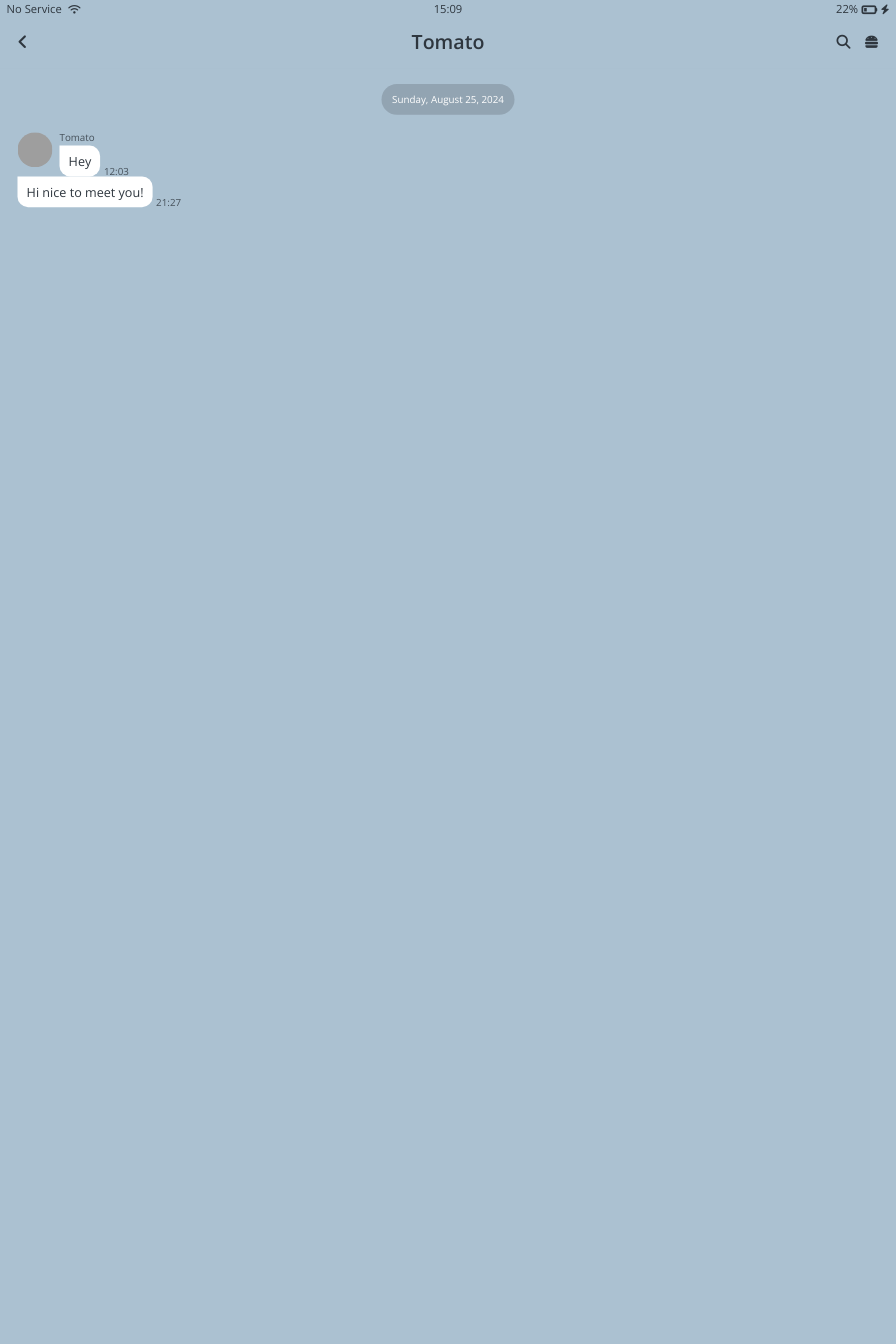
Repository: mjey14/kokoa-clone-2024-08
Page: chat.html
The author's editor kept a copy of each file at every save. The page is drawn from the files as they stood at one save, then again after the next save.
The browser window is 1280 px wide. The pictures show the part of the page from y = 0 to 1920 px (the page is 79320 px tall), at 70% of full size.
Pictures or frames that could not be fetched are drawn as grey boxes. Some web libraries are served in a nearby version.

Above is the page before, as saved 2024-08-25 20:57:39.

After the next save:
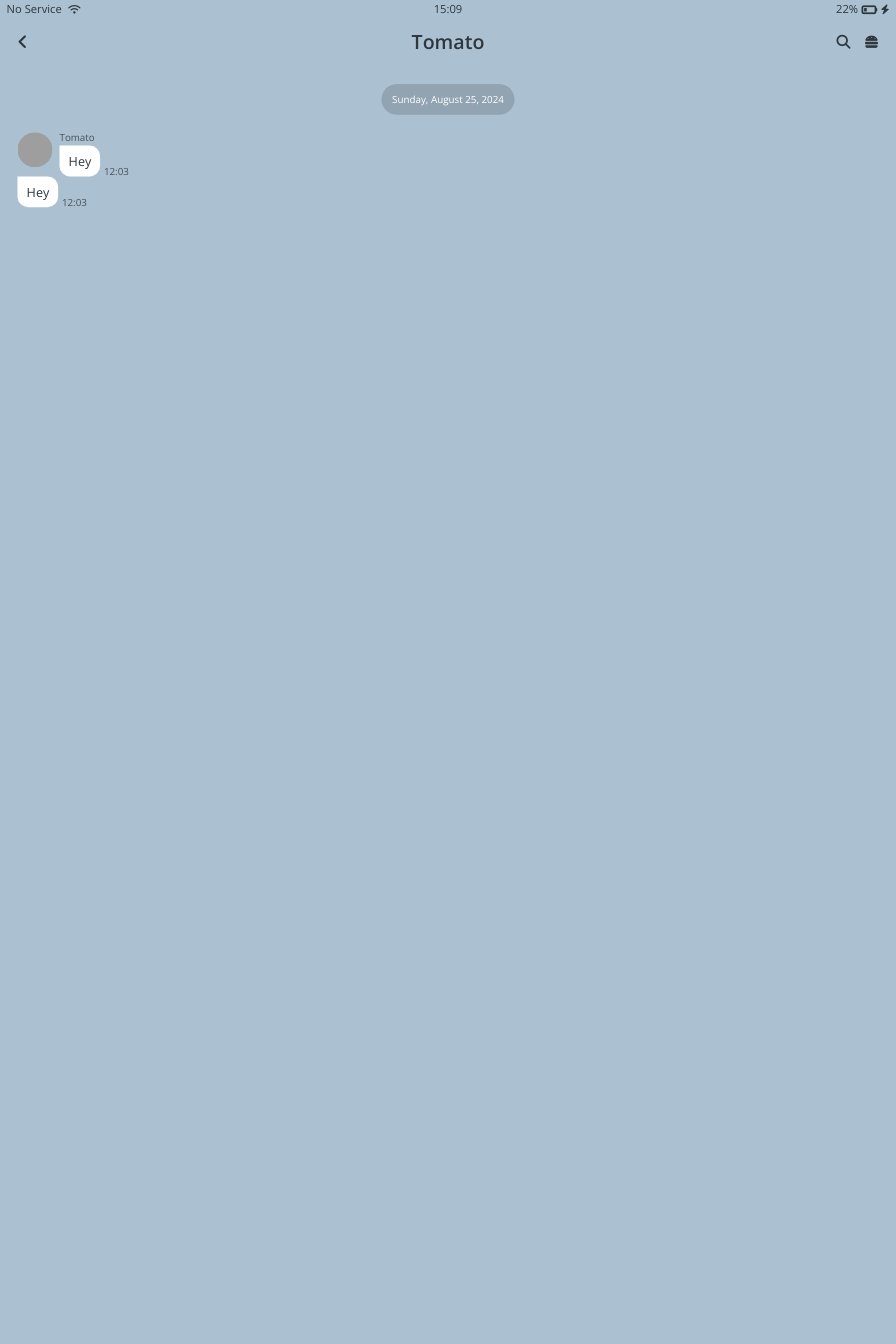
Saved 7 s later.
--- a/chat.html
+++ b/chat.html
@@ -52,8 +52,8 @@
       <div class="message-row message-row--own">
         <div class="message-row__content">
           <div class="message__info">
-            <span class="message__bubble">Hi nice to meet you!</span>
-            <span class="message__time">21:27</span>
+            <span class="message__bubble">Hey</span>
+            <span class="message__time">12:03</span>
           </div>
         </div>
       </div>
